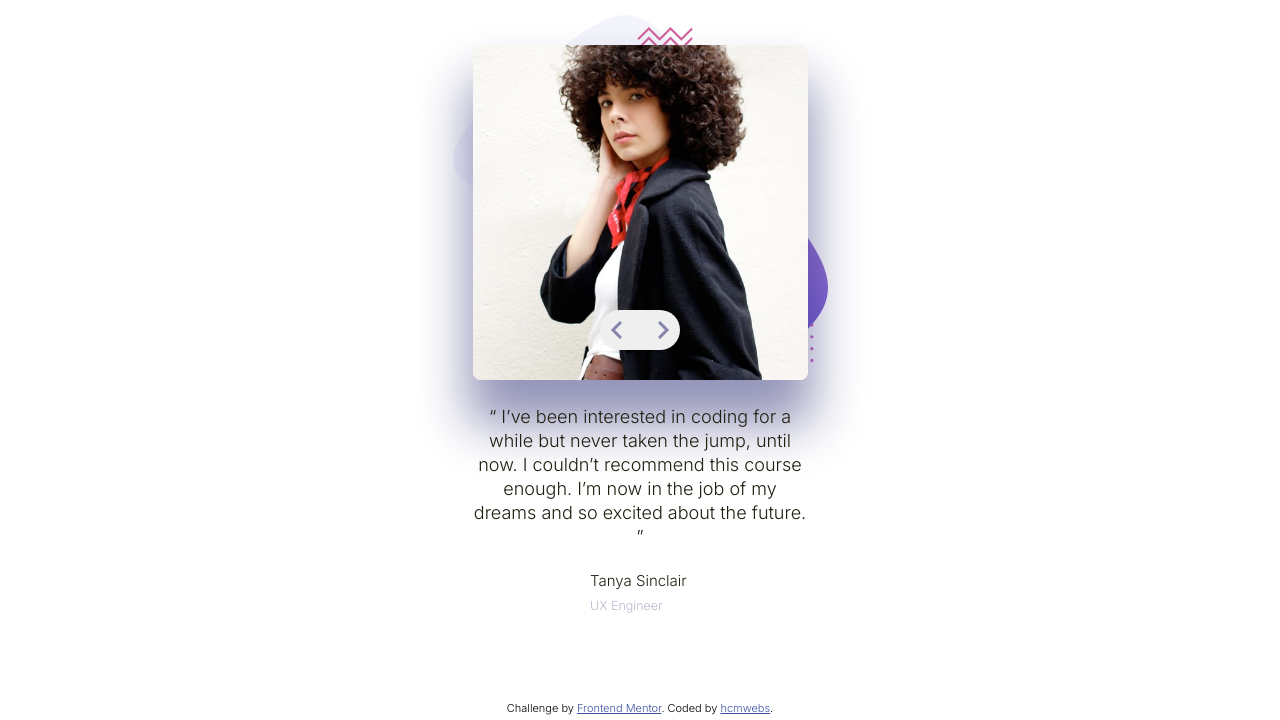
Repository: Hcmwebs/Coding-Bootcamp-Testimonials
Page: index.html
An editor plug-in stored every save of this project. The page is shown before and after the next save, followed by the edit.
The browser window is 1280 px wide. The pictures show the whole page.
The style sheet was rebuilt from its Sass, Less or Tailwind sources for each picture, by a compiler version that may differ from the author's.

Above is the page before, as saved 2020-10-30 14:02:32.

### index.html
<!DOCTYPE html>
<html lang="en">
  <head>
    <meta charset="UTF-8" />
    <meta name="viewport" content="width=device-width, initial-scale=1.0" />
    <!-- displays site properly based on user's device -->

    <link
      rel="icon"
      type="image/png"
      sizes="32x32"
      href="./images/favicon-32x32.png"
    />
    <link rel="stylesheet" href="css/main.css" />
    <title>Frontend Mentor | Coding Bootcamp Testimonials Slider</title>

    <!-- Feel free to remove these styles or customise in your own stylesheet 👍 -->
    <style>
      .attribution {
        font-size: 11px;
        text-align: center;
      }
      .attribution a {
        color: hsl(228, 45%, 44%);
      }
    </style>
  </head>
  <body>
    <div class="container">
      <div class="card">
        <div class="card__header">
          <img
            src="images/image-tanya.jpg"
            alt="Profile Tanya"
            id="profileTanya"
          />
        </div>

        <button id="buttons">
          <img src="images/icon-prev.svg" alt="icon-prev" />
          <img src="images/icon-next.svg" alt="icon-next" />
        </button>

        <div class="card__body">
          <h2>
            “ I’ve been interested in coding for a while but never taken the
            jump, until now. I couldn’t recommend this course enough. I’m now in
            the job of my dreams and so excited about the future. ”
          </h2>
          <div class="card__body--captionTxt">
            <p>Tanya Sinclair</p>
            <small>UX Engineer </small>
          </div>
        </div>
      </div>
    </div>
    <!-- “ I’ve been interested in coding for a while but never taken the jump, until
    now. I couldn’t recommend this course enough. I’m now in the job of my
    dreams and so excited about the future. ” Tanya Sinclair UX Engineer “ If
    you want to lay the best foundation possible I’d recommend taking this
    course. The depth the instructors go into is incredible. I now feel so
    confident about starting up as a professional developer. ” John Tarkpor
    Junior Front-end Developer -->

    <div class="attribution">
      Challenge by
      <a href="https://www.frontendmentor.io?ref=challenge" target="_blank"
        >Frontend Mentor</a
      >. Coded by
      <a href="https://github.com/Hcmwebs" target="_blank">hcmwebs</a>.
    </div>
    <script src="main.js"></script>
  </body>
</html>

### scss/main.scss
@import url('https://fonts.googleapis.com/css2?family=Inter:wght@300;400&display=swap');

$font-stack:'Inter',sans-serif;
$primaryColor : rgba(32, 32, 17, 1.0);
$secondaryColor : rgba(185, 185, 206, 1.0);
$boxShadowColor:rgba(36, 36, 113,0.49);


@mixin gridCenter{
  display: grid;
  place-items: center;
}

@mixin flexCenter {
  display: flex;
  justify-content: center;
  align-items: center;

}

@mixin flexSpaceBetween {
  @include flexCenter;
  justify-content: space-between;
}


*{
  margin: 0;
  padding: 0;
  box-sizing: border-box;

}
body{
  font-family: $font-stack;
  font-size: 10px;
  font-weight: 300;
  line-height: 24px;
  height: 100vh;
  width: 100%;
  @include flexCenter;
  flex-direction: column;
}

.container{
  width: 100%;
  height: 100vh;
  @include gridCenter;
  grid-template-columns: 1fr;
}
  .card{
  width: 375px;
  height: 667px;
  padding: 20px;
  @include flexSpaceBetween;
  flex-direction: column;
  background-image: url(/images/pattern-bg.svg);
  background-position: top center;
  background-size:contain;
  background-repeat: no-repeat;

  &__header{
    width: 100%;
    height: 310px;
    margin-top: 10px;
    @include gridCenter;


    img{
      width: 100%;
      height: 100%;
      object-fit: cover;
      border-radius: 0.5rem;
      box-shadow: 0 40px 50px 5px $boxShadowColor;



    }
  }

button {
  width: 80px;
  height: 40px;
  padding: 10px;
  border-radius: 28px;
  border: none;
  @include flexSpaceBetween;
  position: absolute;
  top: 310px;


}

  &__body{
    width: 100%;
    margin:50px 0;
    @include gridCenter;
    gap: 20px;

    h2{
      font-size: 18px;
      font-weight: 300;
      text-align: center;
      color:$primaryColor;
    }

    &--captionTxt{
      width:100px;
      text-align: left;
      font-size: 15px;
      font-weight: 300;


      p{
        color: $primaryColor;

      }

      small{
        color: $secondaryColor;

      }

    }

  }
}

Loaded but not shown: main.js (no copy from this time; the picture is the same without it)

After the next save:
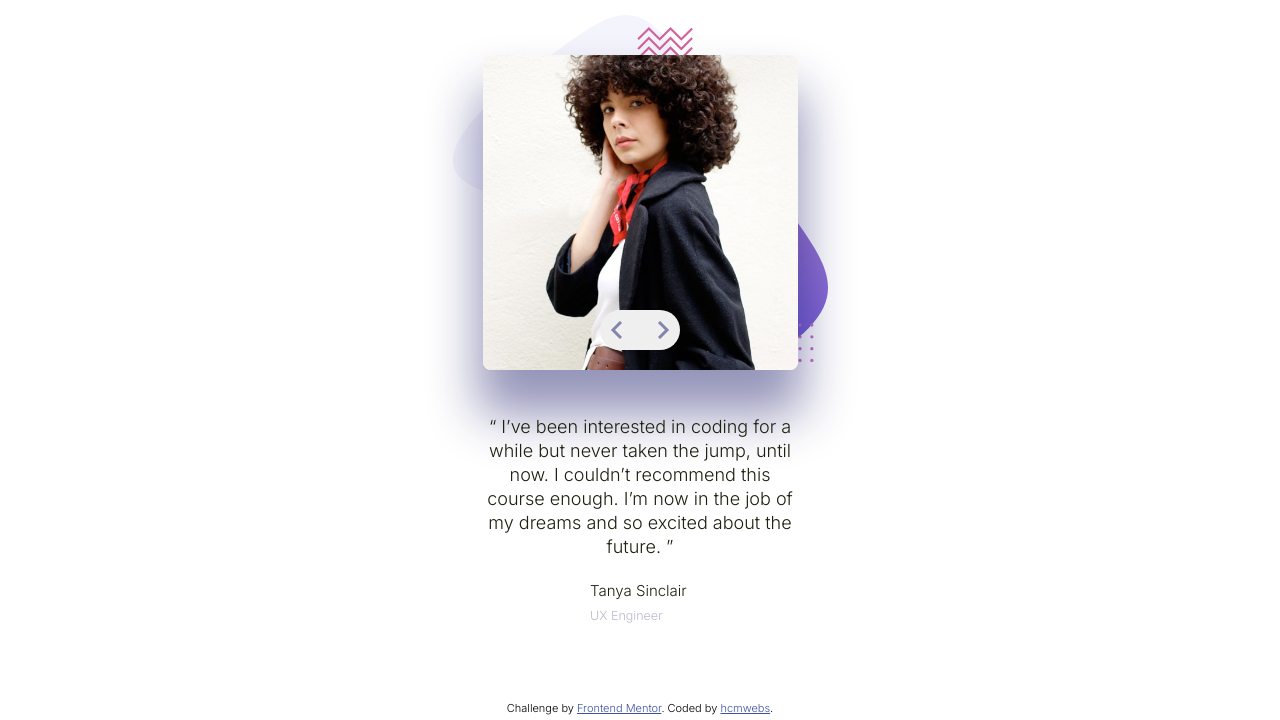
Saved 2 min 8 s later.
--- a/scss/main.scss
+++ b/scss/main.scss
@@ -50,7 +50,7 @@ body{
   .card{
   width: 375px;
   height: 667px;
-  padding: 20px;
+  padding: 30px;
   @include flexSpaceBetween;
   flex-direction: column;
   background-image: url(/images/pattern-bg.svg);
